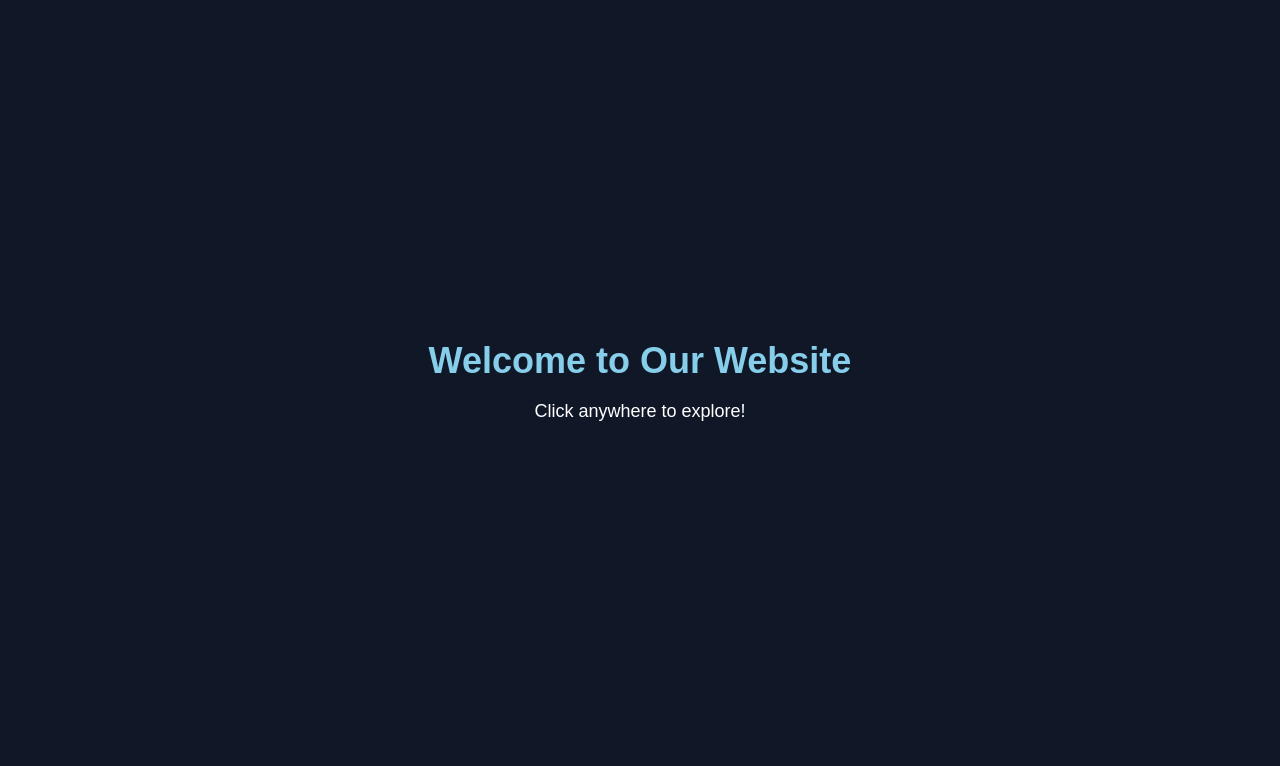
Repository: KenMarzan/OMEGA
Page: / (app in hub/frontend/)
An editor plug-in stored every save of this project. The page is shown before and after the next save, followed by the edit.
The browser window is 1280 px wide. The pictures show the whole page.
The project was rebuilt for these pictures with package versions that can differ from the ones it lists, and the page was loaded fresh each time. The framework's server and built-in components were replaced by stand-ins that run in the browser. Also part of the build but not shown: hub/frontend/next.config.ts.

Above is the page before, as saved 2025-06-10 13:35:40.

### hub/frontend/src/app/page.tsx
"use client";

import React, { useState } from "react";

export default function MainPage(): React.JSX.Element {
  const [showOverlay, setShowOverlay] = useState<boolean>(true);
  const [fadeOut, setFadeOut] = useState<boolean>(false);

  const handleOverlayClick = (): void => {
    setFadeOut(true);
    setTimeout(() => {
      setShowOverlay(false);
    }, 1000);
  };

  return (
    <div className="relative min-h-screen">
      {/* Overlay */}
      {showOverlay && (
        <div
          className={`absolute inset-0 bg-gray-900 text-white flex items-center justify-center z-50 transition-opacity duration-1000 ${
            fadeOut ? "opacity-0" : "opacity-100"
          }`}
          onClick={handleOverlayClick}
        >
          <div className="text-center">
            <h1 className="text-4xl font-bold mb-4">Welcome to Our Website</h1>
            <p className="text-lg">Click anywhere to explore!</p>
          </div>
        </div>
      )}

      {/* Main Website */}
      <nav
        className={`flex justify-between items-center p-4 bg-gray-800 text-white ${
          showOverlay ? "pointer-events-none" : ""
        }`}
      >
        <div className="logo">
          <h1 className="text-xl font-bold">Website Logo</h1>
        </div>
        <div className="clickables flex gap-4">
          <button>Customer Page</button>
          <button>Vendor Page</button>
          <button>Farmer Page</button>
          <button>About Us</button>
        </div>
        <div className="searchbar">
          <input
            type="text"
            placeholder="Search..."
            className="p-2 rounded border"
          />
        </div>
        <div className="dropdown-options flex gap-4">
          <button>Category</button>
          <button>Sign In</button>
          <button>Help</button>
        </div>
      </nav>

      <div className="content mt-8">
        {/* Slide Screen Section */}
        <div className="slidescreen flex flex-col gap-8">
          {/* Component: Slide Screen about harvested products */}
          <div className="slide-screen bg-green-100 p-4 rounded shadow">
            <h2 className="text-2xl font-bold mb-2">Harvested Products</h2>
            <p className="text-lg">Explore the variety of products harvested by farmers.</p>
          </div>

          {/* Component: Slide Screen about market prices and SRP */}
          <div className="slide-screen bg-blue-100 p-4 rounded shadow">
            <h2 className="text-2xl font-bold mb-2">Market Prices and SRP</h2>
            <p className="text-lg">Stay updated with the latest market prices and suggested retail prices.</p>
          </div>
        </div>

        {/* Component: Weather Report */}
        <div className="weather-report bg-yellow-100 p-4 rounded shadow mt-8">
          <h2 className="text-2xl font-bold mb-2">Weather Report</h2>
          <p className="text-lg">Get the latest weather updates to plan your farming activities.</p>
        </div>

        {/* Component: Why Be a Farmer */}
        <div className="why-be-a-farmer bg-orange-100 p-4 rounded shadow mt-8">
          <h2 className="text-2xl font-bold mb-2">Why Be a Farmer?</h2>
          <p className="text-lg">Discover the benefits of being a farmer and explore our course on how to start.</p>
          <a
            href="/course"
            className="text-blue-500 underline mt-2 inline-block"
          >
            Learn More
          </a>
        </div>

        {/* Component: Reviews About Us */}
        <div className="reviews bg-gray-100 p-4 rounded shadow mt-8">
          <h2 className="text-2xl font-bold mb-2">Reviews About Us</h2>
          <p className="text-lg">See what others are saying about our platform and services.</p>
        </div>
      </div>
    </div>
  );
}

### hub/frontend/src/app/globals.css
@import "tailwindcss";

:root {
  --background: #ffffff;
  --foreground: #171717;

  --color-earth-brown: #8B4513;
  --color-fresh-green: #228B22;
  --color-golden-yellow: #FFD700;
  --color-sky-blue: #87CEEB;
  --color-rust-red: #B22222;
  --color-cream-white: #FFFDD0;
  --color-dark-green: #006400;
  --color-soft-beige: #F5F5DC;
}

@theme inline {
  --color-background: var(--background);
  --color-foreground: var(--foreground);
  --font-sans: var(--font-geist-sans);
  --font-mono: var(--font-geist-mono);
}

@media (prefers-color-scheme: dark) {
  :root {
    --background: #0a0a0a;
    --foreground: #ededed;
  }
}

body {
  background: var(--background);
  color: var(--foreground);
  font-family: Arial, Helvetica, sans-serif;

  background-color: var(--color-soft-beige);
  color: var(--color-earth-brown);
  font-family: Arial, sans-serif;
}

.navbar {
  background-color: var(--color-fresh-green);
  color: var(--color-cream-white);
}

.button {
  background-color: var(--color-golden-yellow);
  color: var(--color-earth-brown);
  border: 2px solid var(--color-earth-brown);
  padding: 10px 20px;
  border-radius: 5px;
}

.button:hover {
  background-color: var(--color-rust-red);
  color: var(--color-cream-white);
}

.footer {
  background-color: var(--color-dark-green);
  color: var(--color-cream-white);
}

h1, h2, h3 {
  color: var(--color-sky-blue);
}

.transition-opacity {
  transition: opacity 1s ease-in-out;
}

.opacity-0 {
  opacity: 0;
}

.opacity-100 {
  opacity: 1;
}

Loaded but not shown: hub/frontend/src/app/layout.tsx (common file)

After the next save:
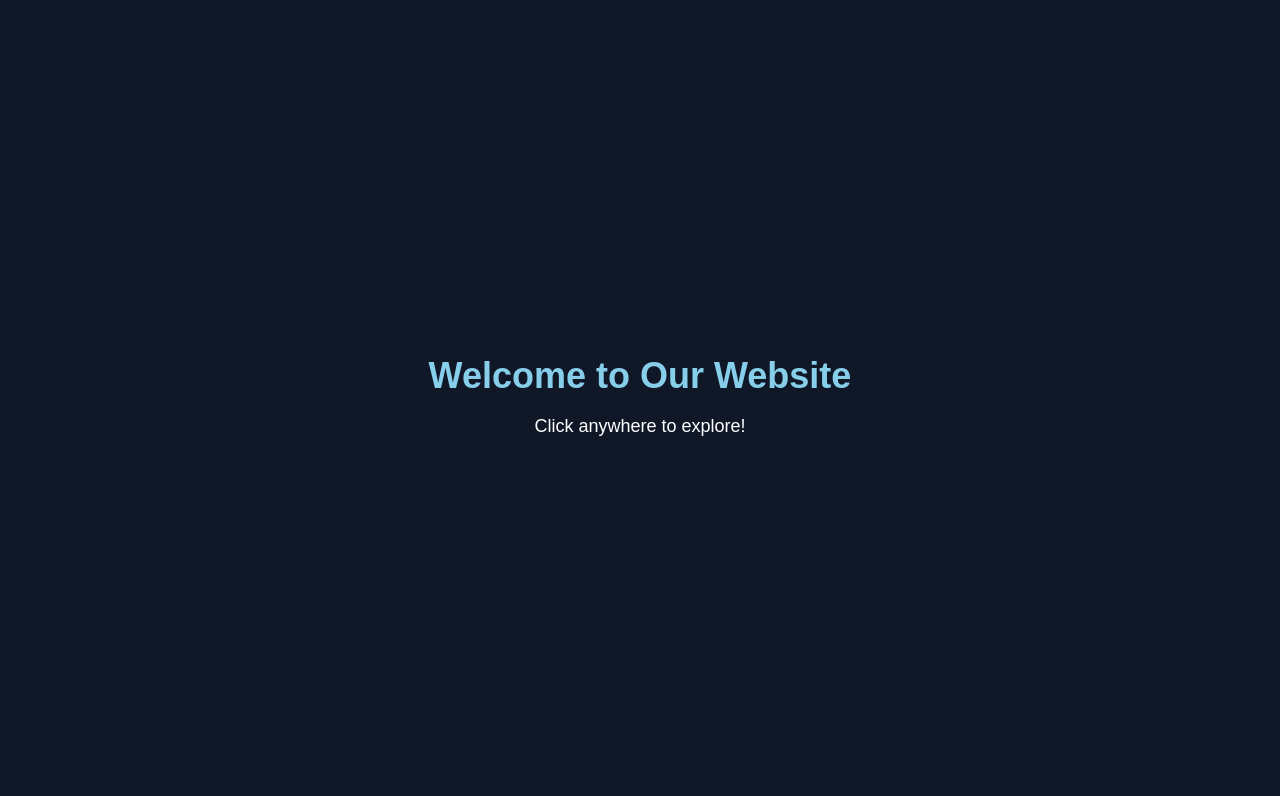
Saved 11 s later.
--- a/hub/frontend/src/app/page.tsx
+++ b/hub/frontend/src/app/page.tsx
@@ -32,7 +32,7 @@ export default function MainPage(): React.JSX.Element {
 
       {/* Main Website */}
       <nav
-        className={`flex justify-between items-center p-4 bg-gray-800 text-white ${
+        className={`flex justify-between items-center p-4 navbar ${
           showOverlay ? "pointer-events-none" : ""
         }`}
       >
@@ -40,22 +40,22 @@ export default function MainPage(): React.JSX.Element {
           <h1 className="text-xl font-bold">Website Logo</h1>
         </div>
         <div className="clickables flex gap-4">
-          <button>Customer Page</button>
-          <button>Vendor Page</button>
-          <button>Farmer Page</button>
-          <button>About Us</button>
+          <button className="button">Customer Page</button>
+          <button className="button">Vendor Page</button>
+          <button className="button">Farmer Page</button>
+          <button className="button">About Us</button>
         </div>
         <div className="searchbar">
           <input
-            type="text"
-            placeholder="Search..."
-            className="p-2 rounded border"
+        type="text"
+        placeholder="Search..."
+        className="p-2 rounded border"
           />
         </div>
         <div className="dropdown-options flex gap-4">
-          <button>Category</button>
-          <button>Sign In</button>
-          <button>Help</button>
+          <button className="button">Category</button>
+          <button className="button">Sign In</button>
+          <button className="button">Help</button>
         </div>
       </nav>
 
